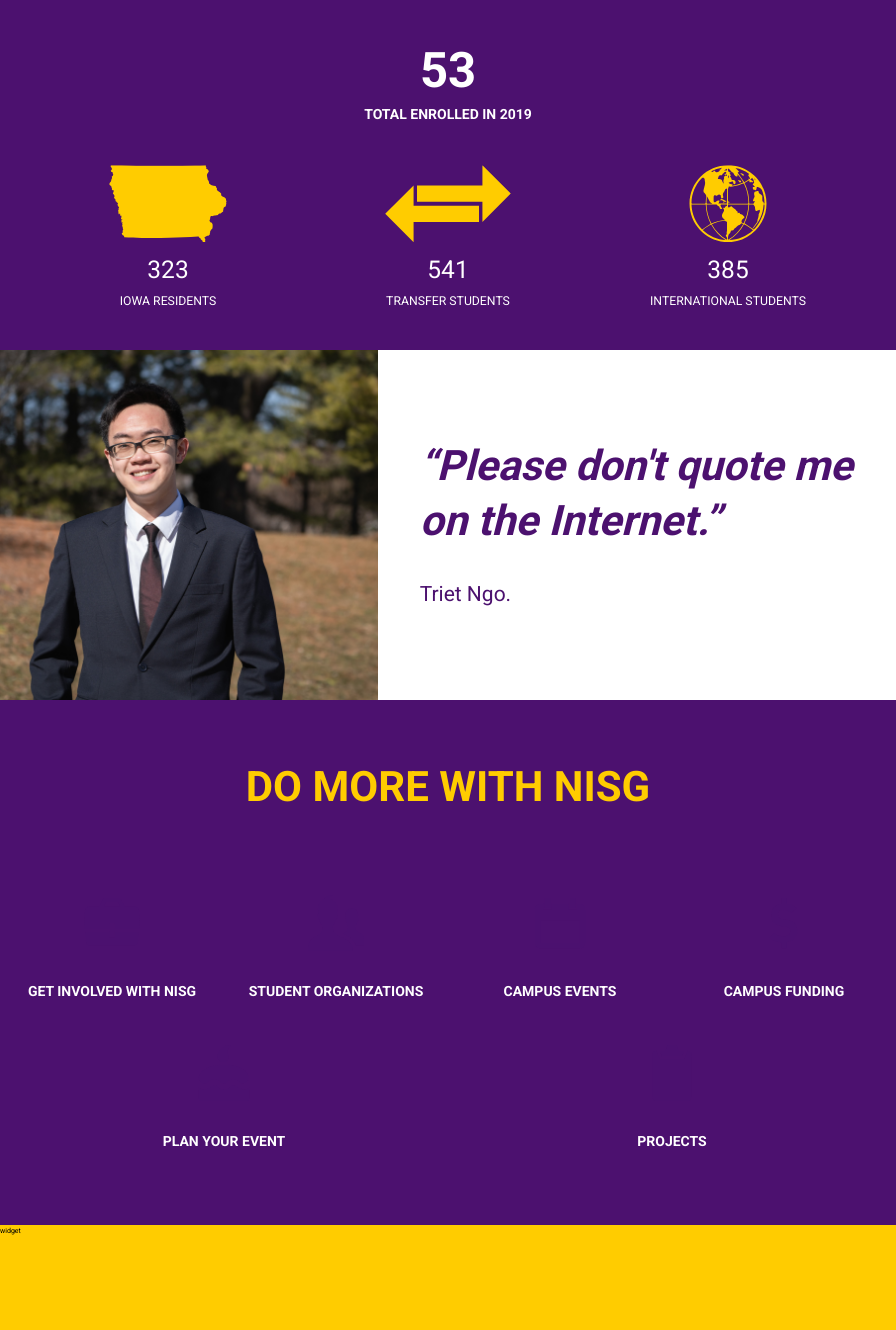
Repository: trietngo/nisg
Page: index.html
These files come from the project's save history. The page is drawn as it stood at one moment and after a run of saves; the edit follows.
The browser window is 1280 px wide. The pictures show the part of the page from y = 720 to 2620 px (the page is 3270 px tall), at 70% of full size.
Some web fonts or font styles are not loaded; a fallback is used. The style sheet was rebuilt from its Sass, Less or Tailwind sources for each picture, by a compiler version that may differ from the author's.

Above is the page before, as saved 2020-08-29 15:14:52.

### index.html
<!DOCTYPE html>
<html lang="en">
    <head>
        <meta charset="UTF-8">
        <meta name="viewport" content="width=device-width, initial-scale=1.0">

        <link href="https://fonts.googleapis.com/css2?family=Roboto:wght@100;300;400;500;700;900&display=swap" rel="stylesheet">
        <link href="https://fonts.googleapis.com/css2?family=Sedgwick+Ave&display=swap" rel="stylesheet">
        <link href="https://fonts.googleapis.com/css2?family=Sriracha&display=swap" rel="stylesheet">

        <link rel="stylesheet" href="css/style.css">

        <title>Proposed NISG Website</title>
    </head>

    <body>

        <header class="header">
            <div class="header__upper">
                <div class="header__container--left">
                    <img class="header__logo" src="img/New NISG Logo - White-01.png" alt="NISG Logo">
                    <div class="header__title">Northern Iowa Student Government</div>
                </div>

                <div class="header__container--right">
                    <a href="https://uni.edu" class="header__external">VISIT UNI WEBSITE</a>

                    <input type="text" name="" class="header__searchbar" id="" placeholder="Search NISG">
                    <ul class="header__nav">
                        <li><a class="header__link" href="#">News</a></li>
                        <li><a class="header__link" href="#">Resources</a></li>
                        <li><a class="header__link" href="#">Services</a></li>
                        <li><a class="header__link" href="#">Applications</a></li>
                        <li><a class="header__link" href="#">Student Organizations</a></li>
                        <li><a class="header__link" href="#">About</a></li>
                        <li><a class="header__link btn header__contact" href="#">Contact Us</a></li>
                    </ul>
                </div>
            </div>

            <div class="header__lower">

                <video class="header__video" autoplay muted loop>
                    <source src="img/Website.mp4" type="video/mp4">
                </video>

                <div class="header__overlay">
                    <p class="header__overlay--title">BY UNI STUDENTS.<br>FOR UNI STUDENTS.</p>
                    <p class="header__overlay--subtitle">Serving UNI students is NISG's top priority.</p>
                    <a href="#" class="header__overlay--about btn">About NISG</a>
                </div>

            </div>

        </header>

        <main>

            <section id="enroll">
                <div class="enrollment">
                    <div class="enrollment__total">
                        <div class="enrollment__total--title counter" title="10497">
                            0
                        </div>

                        <div class="enrollment__total--subtitle">TOTAL ENROLLED IN 2019</div>

                    </div>

                    <div class="enrollment__breakdown">
                        <div class="enrollment__category">
                            <img class="enrollment__category--icon" src="img/iowa-icon.svg" alt="Iowa icon">
                            <p class="enrollment__category--title counter" title="9394">0</p>
                            <p class="enrollment__category--subtitle">IOWA RESIDENTS</p>
                        </div>
                        <div class="enrollment__category">
                            <img class="enrollment__category--icon" src="img/transfer-icon.svg" alt="Transfer icon">
                            <p class="enrollment__category--title counter" title="2568">0</p>
                            <p class="enrollment__category--subtitle">TRANSFER STUDENTS</p>
                        </div>
                        <div class="enrollment__category">
                            <img class="enrollment__category--icon" src="img/globe-icon.svg" alt="Globe icon">
                            <p class="enrollment__category--title counter" title="385">0</p>
                            <p class="enrollment__category--subtitle">INTERNATIONAL STUDENTS</p>
                        </div>
                    </div>
                </div>
            </section>

            <section id="quotes">
                <div class="testimonials">

                    <img class="testimonials__img" src="img/Triet.jpg" alt="">

                    <div class="testimonials__quote">
                        <p class="quote">&ldquo;Please don't quote me on the Internet.&rdquo;</p>

                        <p class="subquote">Triet Ngo.</p>
                    </div>

                </div>
            </section>

            <section id="services">
                <div class="selection">

                    <div class="selection__title">
                        DO MORE WITH NISG
                    </div>

                    <div class="selection__wrapper">
                        <a href="#" class="selection__link">
                            <div class="selection__items">
                                <img class="selection__icon" src="img/SVG/briefcase.svg" alt="holding-hands">
                                <p class="selection__details">GET INVOLVED WITH NISG</p>
                            </div>
                        </a>

                        <a href="#" class="selection__link">
                            <div class="selection__items">
                                <img class="selection__icon" src="img/SVG/users.svg" alt="holding-hands">
                                <p class="selection__details">STUDENT ORGANIZATIONS</p>
                            </div>
                        </a>

                        <a href="#" class="selection__link">
                            <div class="selection__items">
                                <img class="selection__icon" src="img/SVG/calendar.svg" alt="holding-hands">
                                <p class="selection__details">CAMPUS EVENTS</p>
                            </div>
                        </a>

                        <a href="#" class="selection__link">
                            <div class="selection__items">
                                <img class="selection__icon" src="img/SVG/credit.svg" alt="holding-hands">
                                <p class="selection__details">CAMPUS FUNDING</p>
                            </div>
                        </a>

                        <a href="#" class="selection__link">
                            <div class="selection__items">
                                <img class="selection__icon" src="img/SVG/cake.svg" alt="holding-hands">
                                <p class="selection__details">PLAN YOUR EVENT</p>
                            </div>
                        </a>

                        <a href="#" class="selection__link">
                            <div class="selection__items">
                                <img class="selection__icon" src="img/SVG/clipboard.svg" alt="holding-hands">
                                <p class="selection__details">PROJECTS</p>
                            </div>
                        </a>
                    </div>
                </div>
            </section>

            <section id="news">
                <div class="widget">
                    widget
                </div>
            </section>

        </main>

        <footer class="footer">
            footer
        </footer>

        <script src="script.js"></script>
    </body>
</html>

### script.js
const counters = document.querySelectorAll(".counter"); // Select all elements with "counter" class
const speed = 200;

counters.forEach(counter => {

    const updateCount = () => {
        const target = +counter.getAttribute('title'); // Total
        let count = +counter.innerText; // Current count

        const inc = Math.floor(target / speed); //increment

        if (count < target) {
            counter.innerText = count + inc;

            console.log(counter.innerText.length);

            if (counter.innerText.length > 3) {
                counter.innerText = counter.innerText.substr(0, counter.innerText.length - 3)
            }

            setTimeout(updateCount, 1);
        } else {
            counter.innerText = target;
        }

    }
    updateCount();
});

### sass/main.scss
@import "abstract/variables";

@import "base/base";
@import "base/typography";

@import "components/button";

@import "layout/enrollment";
@import "layout/footer";
@import "layout/header";
@import "layout/news";
@import "layout/services";
@import "layout/testimonials";

### sass/abstract/_variables.scss
// COLORS

$color-primary: #4c116f;
$color-secondary: #ffcc00;
$color-tertiary: #ffffff;

### sass/base/_typography.scss
body {
    font-family: 'Roboto', sans-serif;
    font-weight: 400;
    line-height: 1.7;
}

.header__searchbar {
    font-family: 'Roboto', sans-serif;
    font-weight: 400;
    font-size: 1.5rem;
}

.header__overlay {

    &--title {
        font-family: 'Roboto', sans-serif;
        font-weight: 700;
        font-size: 6rem;
        line-height: 1.2;
    }

    &--subtitle {
        font-size: 1.75rem;
    }

    &--about {
        font-size: 2.5rem;
        font-weight: 700;
    }
}

### sass/components/_button.scss
.btn {
    color: $color-secondary !important;
    border: .2rem solid $color-secondary;
    border-radius: 1.5rem;
    padding: 1rem 2rem !important;
    transition: all .3s;
    text-decoration: none;

    &:hover {
        color: $color-primary !important;
        border-color: none;
        background-color: $color-secondary;
        transition: all .3s;
    }
}

### sass/layout/_enrollment.scss
.enrollment {
    background-color: $color-primary;
    height: 50rem;
    display: flex;
    flex-direction: column;
    align-items: center;
    justify-content: space-evenly;
    color: $color-tertiary;
    position: relative;

    @media screen and (max-width: 702px) {
        height: 70rem;
    }

    @media screen and (max-width: 515px) {
        height: 100rem;
    }

    &__total {
        text-align: center;
        font-weight: 700;

        &--title {
            font-size: 7rem;
            line-height: 1.3;
        }

        &--subtitle {
            font-size: 2rem;
        }

    }

    &__breakdown {
        display: flex;
        flex-wrap: wrap;
        align-items: flex-end;

        @media screen and (max-width: 515px) {
            flex-direction: column;
        }
    }

    &__category {
        flex: 1;
        display: flex;
        flex-direction: column;
        width: 40rem;

        @media screen and (max-width: 515px) {
            padding: 2rem;
        }

        &--icon {
            height: 12rem;
            padding-bottom: 1rem;
        }

        &--title {
            font-size: 3.5rem;
            text-align: center;
        }

        &--subtitle {
            font-size: 1.75rem;
            text-align: center;
            white-space: nowrap;
        }
    }
}

### sass/layout/_footer.scss
.footer {
    height: 30rem;
    background-color: $color-tertiary;
}

### sass/layout/_header.scss
.header {

    display: flex;
    flex-direction: column;
    height: 100vh;

    &__container--left {
        flex: 1;
        padding: 3rem 7rem;
    }

    &__container--right {
        flex: 3;
        display: flex;
        flex-direction: column;
        align-items: flex-end;
        justify-content: space-between;
        padding-bottom: 3rem;
    }

    &__upper {
        background-color: $color-primary;
        flex: 0 1 22.5rem;
        display: flex;
        flex-wrap: wrap;
    }

    &__logo {
        height: 15rem;
    }

    &__title {
        font-size: 2rem;
        font-weight: 700;
        color: $color-tertiary;
        white-space: nowrap;
    }

    &__link {
        text-decoration: none;
        font-size: 2rem;
        font-weight: 700;
        color: $color-tertiary;
        padding: 0 3.5rem;
        transition: all .3s;
        white-space: nowrap;

        &:hover {
            color: $color-secondary;
            transition: all .3s;
        }
    }

    &__nav {
        list-style-type: none;
        display: flex;
        padding-right: 6rem;
        align-content: center;
        flex-wrap: wrap;
    }


    &__external {
        display: inline;
        background-color: $color-secondary;
        padding: 2rem 5rem;
        clip-path: polygon(0 0, 100% 0, 100% 100%, 15% 100%);
        text-decoration: none;
        font-size: 2rem;
        font-weight: 700;
    }

    &__video {
        width: 100%;
        height: 100%;
        object-fit: cover;
        opacity: 0.5;
        overflow: hidden;
        position: absolute;
    }

    &__searchbar {
        border: none;
        padding: 1rem;
        padding-right: 2rem;
        padding-left: 6rem;
        text-align: right;
        border-radius: 2rem;
        margin-right: 6rem;

        &:focus {
            outline: none;
        }
    }

    &__contact {
        margin-left: 2.5rem;
    }

    //OVERLAY

    &__lower {
        background-color: $color-primary;
        flex: 1 0 40rem;
        position: relative;
    }

    &__overlay {
        height: 100%;
        width: 100%;
        display: flex;
        flex-direction: column;
        align-items: center;
        justify-content: center;
        color: $color-secondary;

        position: absolute;

        &--title {
            margin: 2rem;
            text-align: center;
        }

        &--about {
            display: inline-block;
            margin: 4rem;
        }
    }
}

### sass/layout/_news.scss
.widget {
    height: 50rem;
    background-color: $color-secondary;
}

### sass/layout/_services.scss
.selection {
    height: 50rem;
    background-color: $color-primary;
    display: flex;
    flex-direction: column;
    justify-content: space-evenly;
    align-items: center;

    @media screen and (max-width: 1816px) {
        height: 75rem;
    }

    @media screen and (max-width: 916px) {
        height: 100rem;
    }

    @media screen and (max-width: 616px) {
        height: 175rem;
    }

    &__title {
        color: $color-secondary;
        font-size: 6rem;
        font-weight: 700;
        text-align: center;
    }

    &__wrapper {
        display: flex;
        justify-items: flex-start;
        flex-wrap: wrap;
    }

    &__items {
        display: flex;
        flex-direction: column;
        width: 30rem;
        flex: 1;
        margin: 3rem 0;

    }

    &__icon {
        height: 8rem;
        margin-bottom: 4rem;
    }

    &__link {
        text-decoration: none;
        color: $color-tertiary;
        font-size: 2rem;
        font-weight: 700;
        display: flex;
        flex: 1;
        transition: all .3s;

        &:hover {
            transform: scale(1.2);
            transition: all .3s;
        }

        &:active {
            transform: scale(1.1);
        }
    }

    &__details {
        text-align: center;
    }
}

### sass/layout/_testimonials.scss
.testimonials {
    height: 50rem;
    background-color: $color-tertiary;
    display: flex;
    flex-wrap: wrap;

    @media screen and (max-width: 702px) {
        flex-direction: column;
        height: 80rem;
    }

    &__img {
        flex: 1;
        height: 100%;
        object-fit: cover;
        overflow: hidden;

        @media screen and (max-width: 702px) {
            width: 100%;
            flex: 2;
        }
    }

    &__quote {
        flex: 1.15;
        padding: 6rem;
        color: $color-primary;
        display: flex;
        flex-direction: column;
        justify-content: center;

        @media screen and (max-width: 702px) {
            flex: 1;
        }
    }

}

.quote {
    font-size: 6rem;
    font-weight: 700;
    font-style: italic;
    line-height: 1.3;
    margin: 2rem 0;
}

.subquote {
    font-size: 3rem;
    margin: 2rem 0;
}

Loaded but not shown: sass/base/_base.scss (common file)

After the next 3 saves:
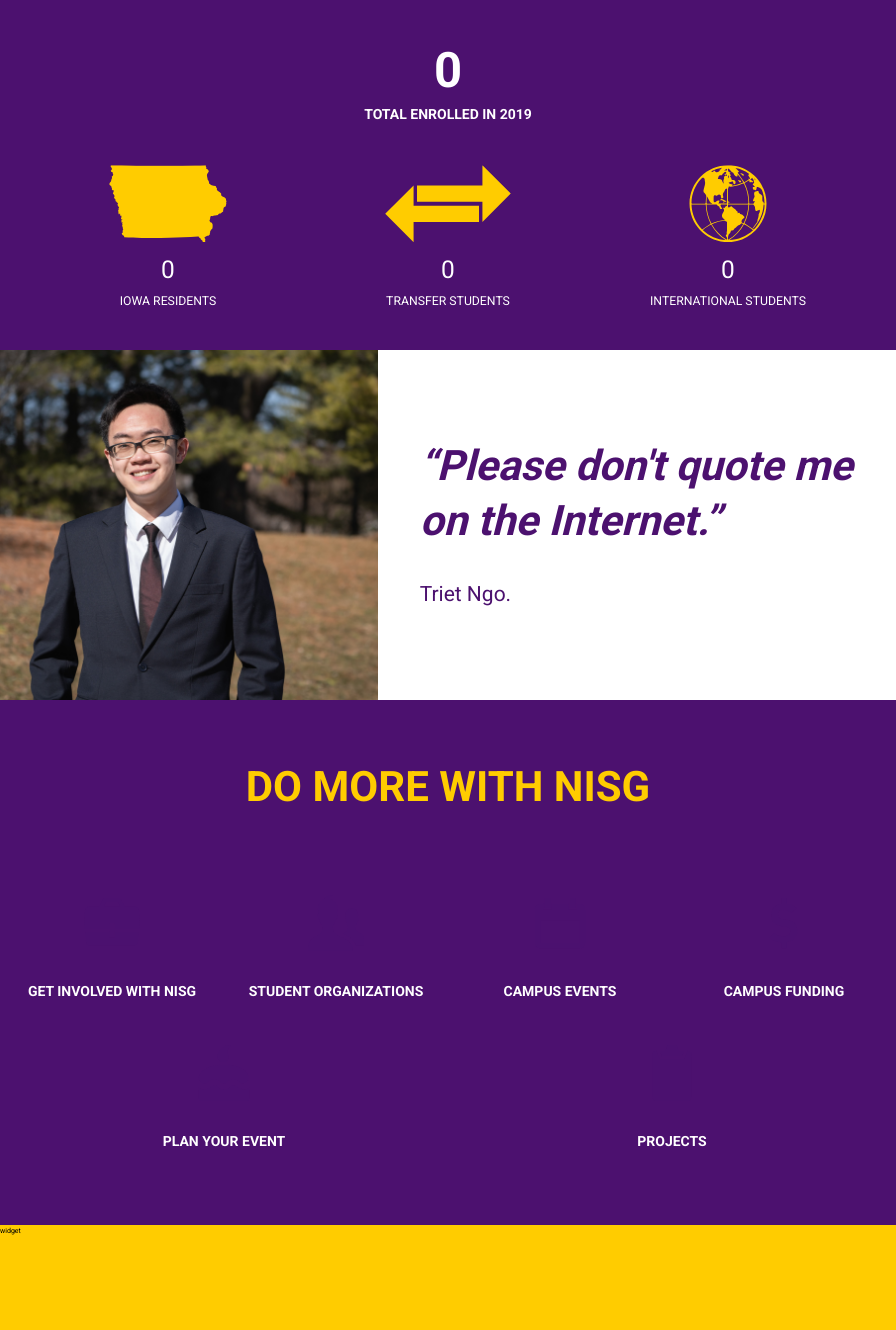
Console error: SyntaxError: Unexpected token '}'
The 3 saves are shown as one change because they came seconds apart.
The last was saved 24 s later.
--- a/script.js
+++ b/script.js
@@ -15,7 +15,7 @@
             console.log(counter.innerText.length);
 
             if (counter.innerText.length > 3) {
-                counter.innerText = counter.innerText.substr(0, counter.innerText.length - 3)
+                counter.innerText = counter.innerText.substr(0, counter.innerText.length - 3) + ',' +
             }
 
             setTimeout(updateCount, 1);

After the save that followed:
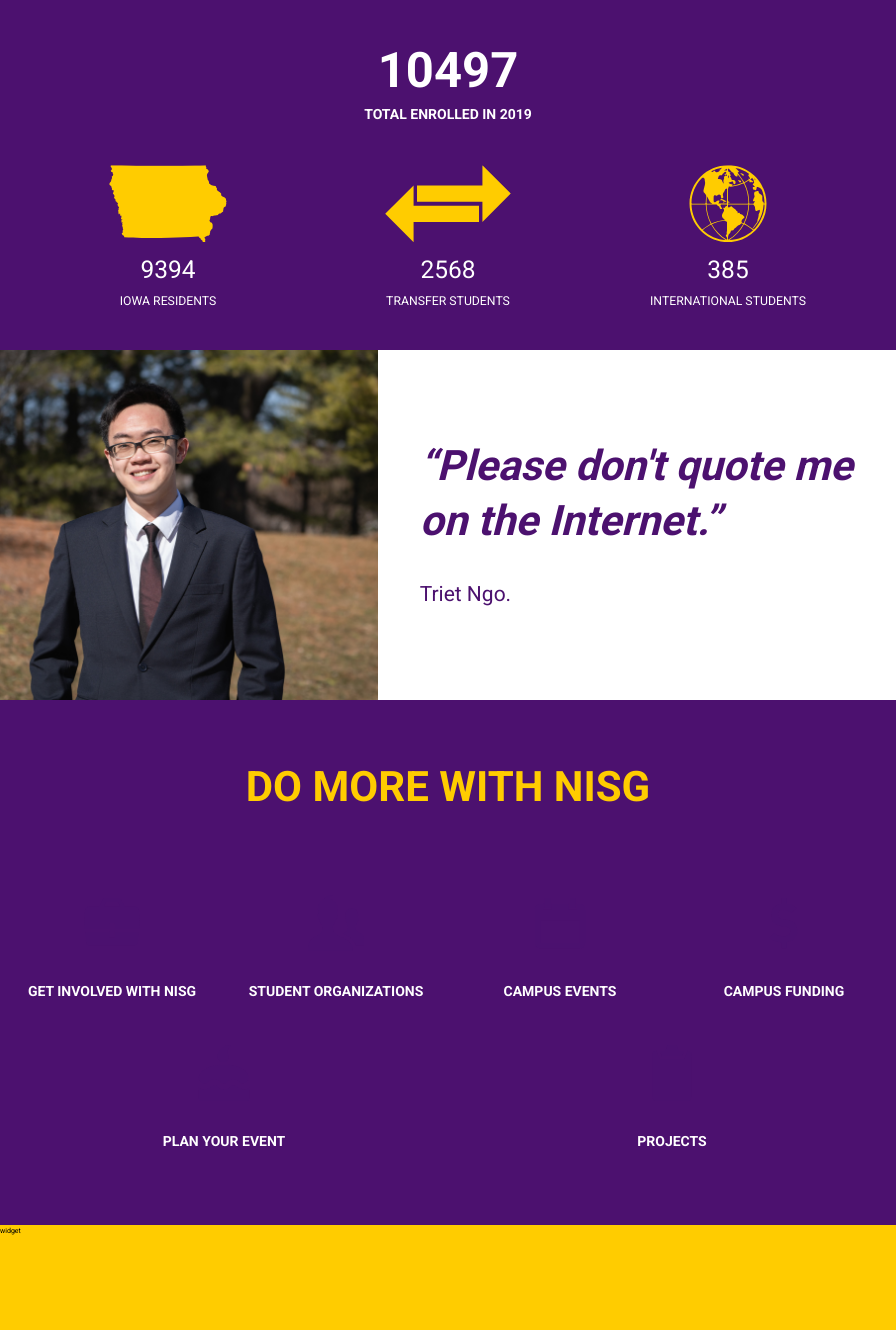
The error is gone.
Saved 8 s later.
--- a/script.js
+++ b/script.js
@@ -15,7 +15,7 @@
             console.log(counter.innerText.length);
 
             if (counter.innerText.length > 3) {
-                counter.innerText = counter.innerText.substr(0, counter.innerText.length - 3) + ',' +
+                counter.innerText = counter.innerText.substr(0, counter.innerText.length - 3) + ',' + counter.innerText.substr(0, counter.innerText.length - 3)
             }
 
             setTimeout(updateCount, 1);
